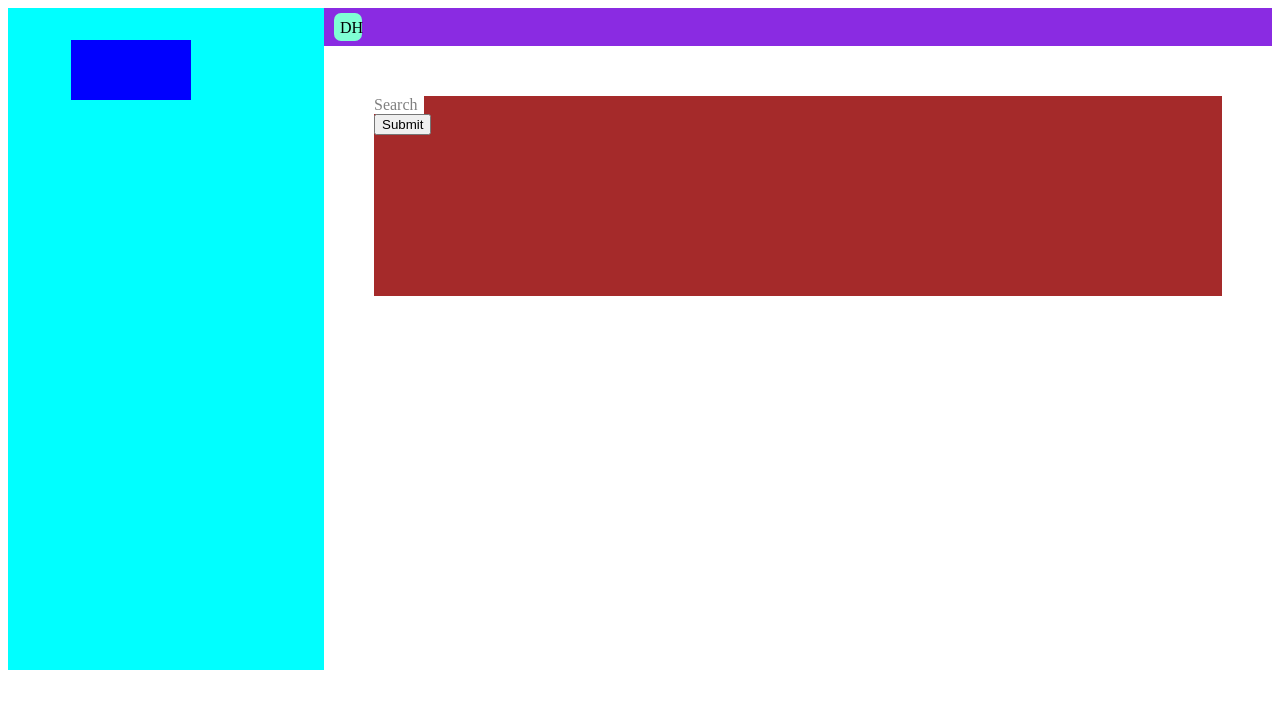
Repository: tr2cky/barrage
Page: index.html
These files come from the project's save history. The page is drawn as it stood at one moment and after a run of saves; the edit follows.
The browser window is 1280 px wide. The pictures show the whole page.

Above is the page before, as saved 2022-10-03 13:46:24.

### index.html
<!DOCTYPE html>
<html lang="en">

<head>
    <meta charset="UTF-8">
    <meta http-equiv="X-UA-Compatible" content="IE=edge">
    <meta name="viewport" content="width=device-width, initial-scale=1.0">
    <link rel="stylesheet" href="style.css">
    <title>Document</title>
</head>

<body>
    <div class="container">
        <div class="side">
            <div class="box1"></div>
        </div>

        <main>
            <div class="header">
                <div class="boxheader">DH</div>
            </div>
            <article>
                <div class="article-container">
                    <div class="search">Search</div>
                    <button>Submit</button>
                </div>
            </article>
        </main>
    </div>
</body>

</html>

### style.css
.container {
    display: grid;
    grid-template-columns: 1fr 3fr;
}
.side {
    background-color: aqua;
    height: 92vh;
}
.box1 {
    background-color: blue;
    width: 80px;
    height: 20px;
    padding: 20px;
    margin-top: 10%;
    margin-left: 20%;
}
main {
    background-color: white;
    display: flex;
    flex-direction: column;
}
.header {
    background-color: blueviolet;
}
.boxheader {
    background-color: aquamarine;
    padding: 6px;
    width: 1em;
    height: 1em;
    margin: 5px 10px;
    border-radius: 25%;
}
main article {
    background-color: brown;
    margin: 50px;
    height: 200px;
    display: ;
}
.search {
    background-color: white;
    color: gray;
    width: 50px;
}

After the next 10 saves:
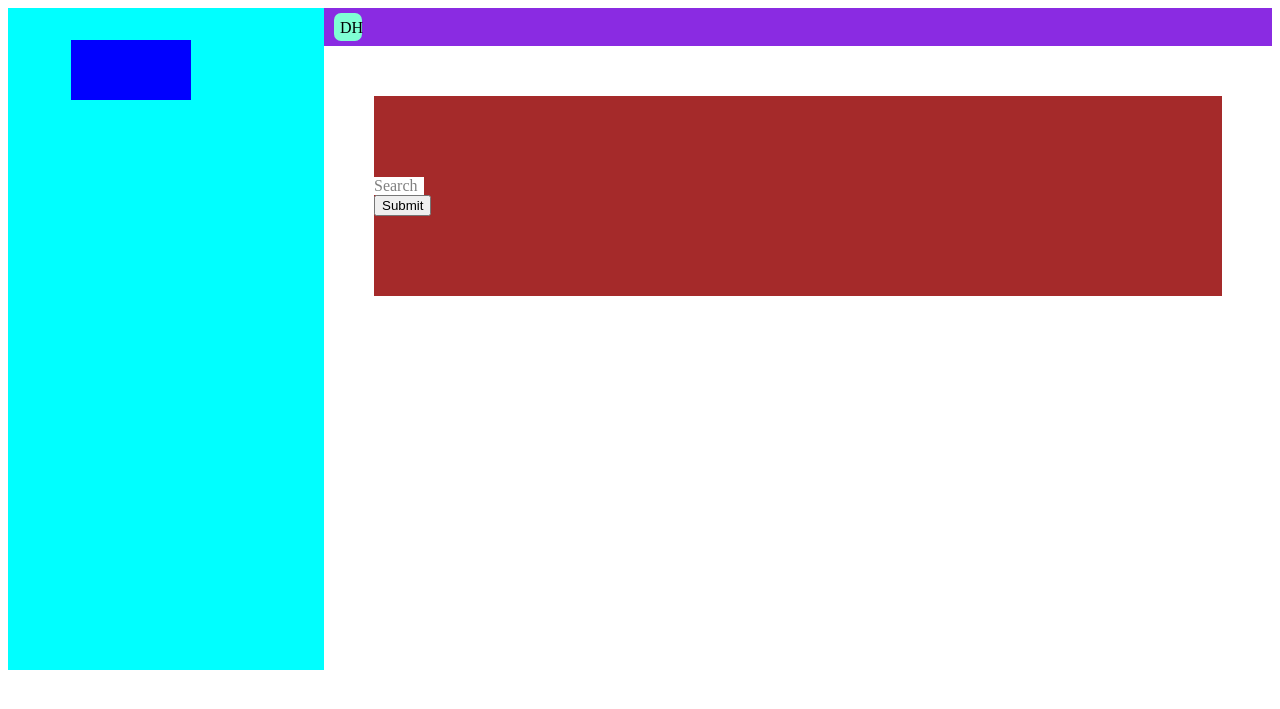
The 10 saves are shown as one change because they came seconds apart.
The last was saved 14 s later.
--- a/style.css
+++ b/style.css
@@ -34,7 +34,8 @@ main article {
     background-color: brown;
     margin: 50px;
     height: 200px;
-    display: ;
+    display: flex;
+    place-items: center;
 }
 .search {
     background-color: white;
